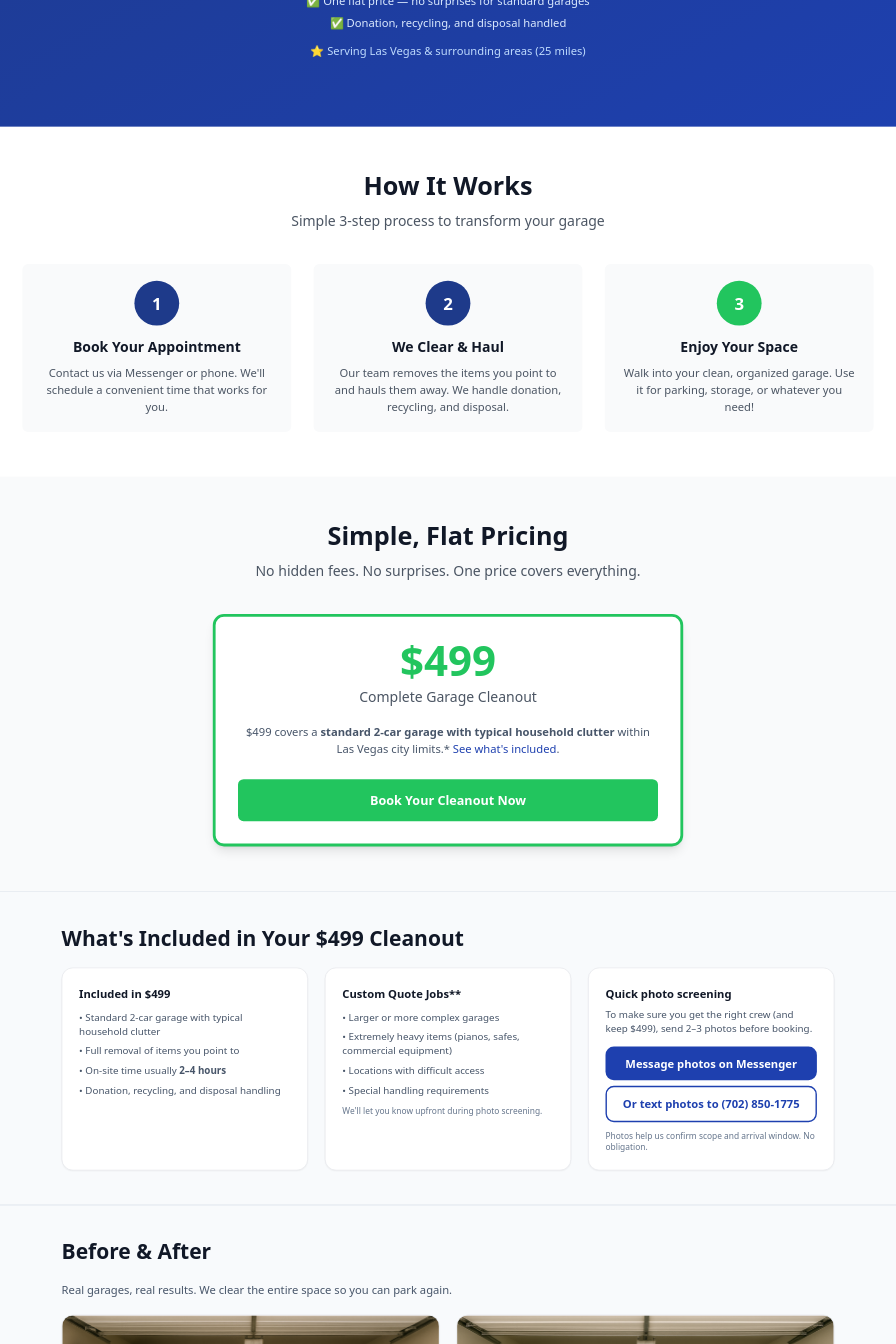
Repository: nikwhite1169/garagegone
Page: index.html
These files come from the project's save history. The page is drawn as it stood at one moment and after the next save; the edit follows.
The browser window is 1280 px wide. The pictures show the part of the page from y = 603 to 2523 px (the page is 5429 px tall before and 5441 px after), at 70% of full size.
Some web libraries are served in a nearby version.

Above is the page before, as saved 2025-09-16 00:30:24.

After the next save:
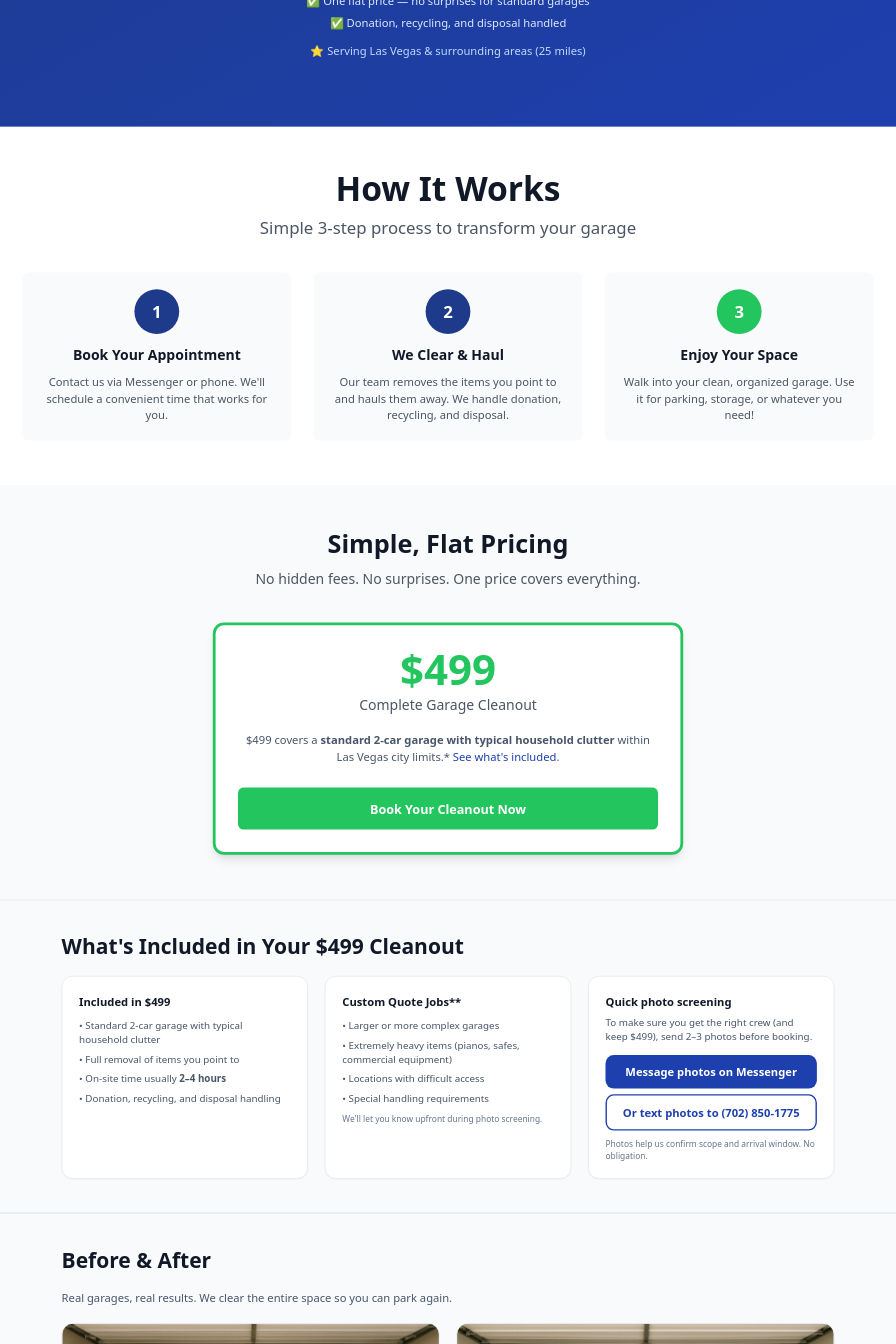
Saved 6 s later.
--- a/index.html
+++ b/index.html
@@ -186,8 +186,8 @@
     <section id="how-it-works" class="py-16 bg-white">
         <div class="max-w-7xl mx-auto px-4 sm:px-6 lg:px-8">
             <div class="text-center mb-12">
-                <h3 class="text-3xl md:text-4xl font-bold text-gray-900 mb-4">How It Works</h3>
-                <p class="text-xl text-gray-600">Simple 3-step process to transform your garage</p>
+                <h3 class="text-3xl md:text-5xl font-bold text-gray-900 mb-4">How It Works</h3>
+                <p class="text-xl md:text-2xl text-gray-600">Simple 3-step process to transform your garage</p>
             </div>
 
             <div class="grid md:grid-cols-3 gap-8">
